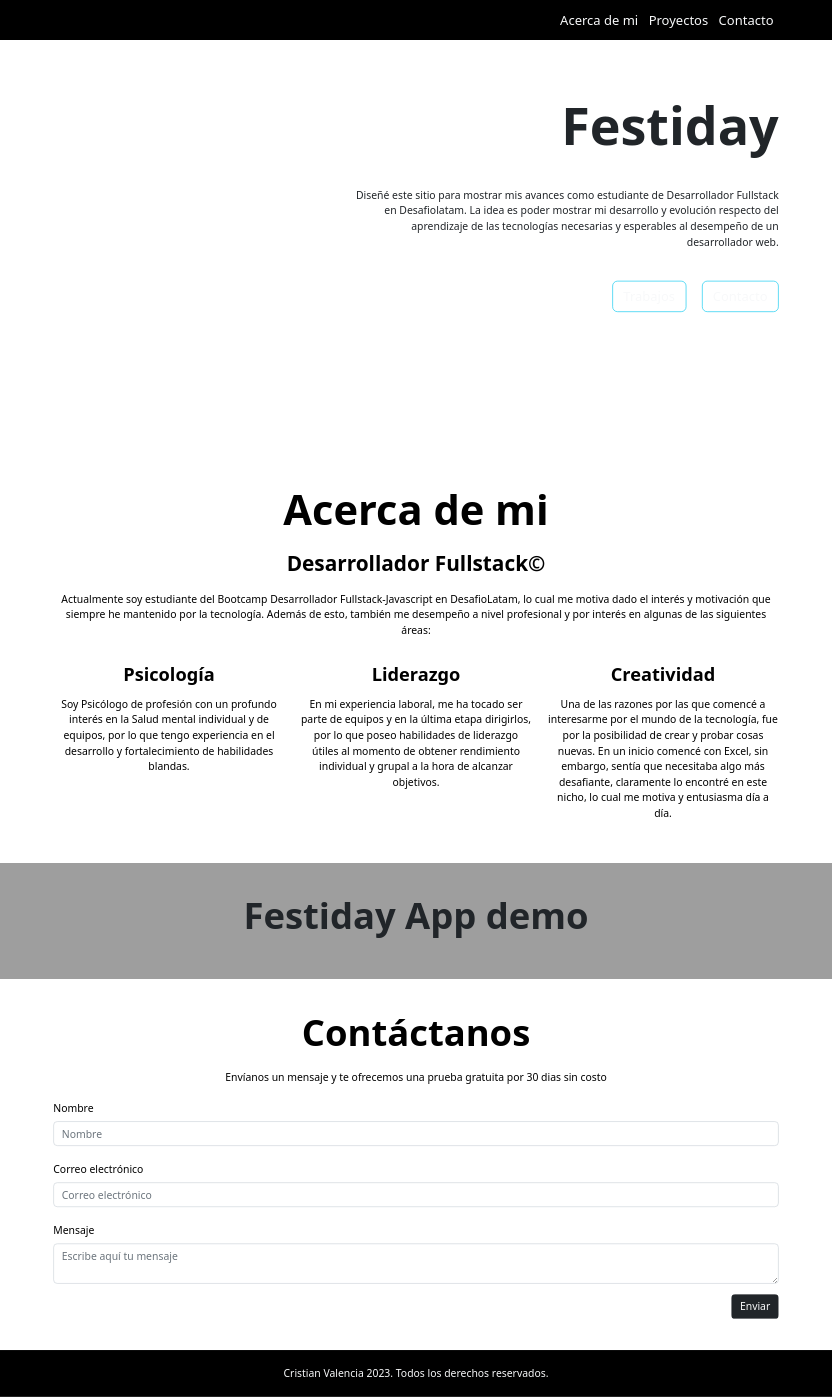
Repository: cvalenciapatagonia/Desafio-4-React-I
Page: /
An editor plug-in stored every save of this project. The page is shown before and after the next save, followed by the edit.
The browser window is 1280 px wide. The pictures show the whole page, at 65% of full size.
Pictures or frames that could not be fetched are drawn as grey boxes. The project was rebuilt for these pictures with package versions that can differ from the ones it lists, and the page was loaded fresh each time. Also part of the build but not shown: vite.config.js, src/App.css.

Above is the page before, as saved 2023-09-07 17:54:16.

### index.html
<!doctype html>
<html lang="en">
  <head>
    <meta charset="UTF-8" />
    <link rel="icon" type="image/svg+xml" href="/vite.svg" />
    <meta name="viewport" content="width=device-width, initial-scale=1.0" />
    <title>Desafio 4 React I</title>
  </head>
  <body>
    <div id="root">


    </div>
    <script type="module" src="/src/main.jsx"></script>
  </body>
</html>

### src/main.jsx

import React from 'react'
import ReactDOM from 'react-dom/client'
import App from './App.jsx'

import './index.css'


ReactDOM.createRoot(document.getElementById('root')).render(
  <React.StrictMode>
    <App />
  </React.StrictMode>,
)

### src/App.jsx
import React, { useState } from "react";
import "./App.css";
import "bootstrap/dist/css/bootstrap.min.css";
// import MiApi from './components/MiApi';
// import Buscador from './components/Buscador';

function App() {
  const [sortOption, setSortOption] = useState("asc"); // Estado para almacenar la opción de ordenamiento

  return (
    <div className="App">
      <header>
        {/* BARRA DE NAVEGACION */}
        <nav className="navbar navbar-expand-lg navbar-dark fixed-top navbar-custom">
          <div className="container">
            {/* <img src="assets/img/logo.png" className="img-fluid img-logo" /> */}
            <button
              className="navbar-toggler"
              type="button"
              data-bs-toggle="collapse"
              data-bs-target="#navbarTogglerDemo01"
              aria-controls="navbarTogglerDemo01"
              aria-expanded="false"
              aria-label="Toggle navigation"
            >
              <span className="navbar-toggler-icon"></span>
            </button>
            <div className="collapse navbar-collapse" id="navbarTogglerDemo01">
              <a className="navbar-brand" href="#"></a>
              <ul className="navbar-nav ms-auto mb-2 mb-lg-0 fs-5">
                <li className="nav-item">
                  <a
                    className="nav-link active text-light"
                    aria-current="page"
                    href="#Acerca-de-mi"
                  >
                    Acerca de mi
                  </a>
                </li>
                <li className="nav-item">
                  <a
                    className="nav-link active text-light"
                    href="#Mis-proyectos"
                  >
                    Proyectos
                  </a>
                </li>
                <li className="nav-item">
                  <a className="nav-link active text-light" href="#Contacto">
                    Contacto
                  </a>
                </li>
              </ul>
            </div>
          </div>
        </nav>
        {/* Fin de la barra de navegación */}
      </header>

      <section id="Hero-Section" className="text-dark text-end py-5 mt-5">
        <div className="container">
          <div className="ms-auto col-12 col-md-7">
            <h1 className="display-1 fw-bold my-5">
Festiday              {/* El signo agregado significa "cursando" */}
            </h1>
            <p className="my-5">
              Diseñé este sitio para mostrar mis avances como estudiante de
              Desarrollador Fullstack en Desafiolatam. La idea es poder mostrar
              mi desarrollo y evolución respecto del aprendizaje de las
              tecnologías necesarias y esperables al desempeño de un
              desarrollador web.
            </p>
            <div className="mb-5 pb-5">
              <a
                className="btn btn-lg btn-outline-info text-light me-4"
                href="#Mis-proyectos"
              >
                Trabajos
              </a>
              <a
                className="btn btn-lg btn-outline-info text-light"
                href="#Contacto"
              >
                Contacto
              </a>
            </div>
          </div>
        </div>
      </section>

      {/* ACERCA DE MI */}
      <section id="Acerca-de-mi" className="container text-center my-5">
        <h2 className="display-3 fw-bold my-4">Acerca de mi</h2>
        <i className="fas fa-solid fa-laptop-code fa-2x my-3"></i>
        <h3 className="subtitulo2 my-3 fw-bold">Desarrollador Fullstack©</h3>
        <i className="fas fa-solid fa-code fa-2x my-3"></i>

        <p className="my-4">
          Actualmente soy estudiante del Bootcamp Desarrollador
          Fullstack-Javascript en DesafioLatam, lo cual me motiva dado el
          interés y motivación que siempre he mantenido por la tecnología.
          Además de esto, también me desempeño a nivel profesional y por interés
          en algunas de las siguientes áreas:
        </p>

        <div className="row">
          <div className="col-12 col-md-4">
            <i className="fas fa-solid fa-brain fa-3x my-3"></i>
            <h3 className="my-3 fw-bold">Psicología</h3>
            <p className="my-3">
              Soy Psicólogo de profesión con un profundo interés en la Salud
              mental individual y de equipos, por lo que tengo experiencia en el
              desarrollo y fortalecimiento de habilidades blandas.
            </p>
          </div>
          <div className="col-12 col-md-4">
            <i className="fas fa-bullhorn fa-3x my-3"></i>
            <h3 className="my-3 fw-bold">Liderazgo</h3>
            <p className="my-3">
              En mi experiencia laboral, me ha tocado ser parte de equipos y en
              la última etapa dirigirlos, por lo que poseo habilidades de
              liderazgo útiles al momento de obtener rendimiento individual y
              grupal a la hora de alcanzar objetivos.
            </p>
          </div>
          <div className="col-12 col-md-4">
            <i className="fas fa-regular fa-lightbulb fa-3x my-3"></i>
            <h3 className="my-3 fw-bold">Creatividad</h3>
            <p className="my-3">
              Una de las razones por las que comencé a interesarme por el mundo
              de la tecnología, fue por la posibilidad de crear y probar cosas
              nuevas. En un inicio comencé con Excel, sin embargo, sentía que
              necesitaba algo más desafiante, claramente lo encontré en este
              nicho, lo cual me motiva y entusiasma día a día.
            </p>
          </div>
        </div>
      </section>
      {/* Fin de ACERCA DE MI */}

      {/* MIS PROYECTOS */}
      <section id="Mis-proyectos" className="my-5 p-5">
        <div className="container">
          <h2 className="display-4 fw-bold text-center text-dark mb-3">
            Festiday App demo
          </h2>

          <div className="row">

          </div>
        </div>
      </section>
      {/* Fin de MIS PROYECTOS */}

      {/* CONTACTAME */}
      <section id="Contacto" className="container my-5">
        <h2 className="display-4 fw-bold text-center my-4">Contáctanos</h2>

        <p className="text-center my-4 d-none d-md-block">
          Envíanos un mensaje y te ofrecemos una prueba gratuita por 30 dias sin costo
        </p>

        <form>
          <div className="form-group mb-4">
            <label className="mb-2">Nombre</label>
            <input className="form-control" placeholder="Nombre" />
          </div>

          <div className="form-group mb-4">
            <label className="mb-2">Correo electrónico</label>
            <input className="form-control" placeholder="Correo electrónico" />
          </div>

          <div className="form-group">
            <label className="mb-2">Mensaje</label>
            <textarea
              className="form-control"
              placeholder="Escribe aquí tu mensaje"
            ></textarea>
          </div>

          <div className="my-3 text-end">
            <button className="btn bg-dark text-light">Enviar</button>
          </div>
        </form>
      </section>
      {/* Fin de CONTACTAME */}

      {/* FOOTER */}
      <footer className="text-center text-light p-4">
        <p className="mb-0">
          Cristian Valencia 2023. Todos los derechos reservados.
        </p>
      </footer>
      {/* Fin de FOOTER */}
    </div>
  );
}

export default App;

{
  /* <h1>Feriados en Chile</h1> */
}
{
  /* Pasa el estado y la función de cambio de ordenamiento al componente Buscador */
}
{
  /* <Buscador onSortChange={setSortOption} />
<MiApi apiURL="https://api.victorsanmartin.com/feriados/en.json" sortOption={sortOption} /> */
}

### src/index.css
/* :root {
  font-family: Inter, system-ui, Avenir, Helvetica, Arial, sans-serif;
  line-height: 1.5;
  font-weight: 400;

  color-scheme: light dark;
  color: rgba(255, 255, 255, 0.87);
  background-color: #242424;

  font-synthesis: none;
  text-rendering: optimizeLegibility;
  -webkit-font-smoothing: antialiased;
  -moz-osx-font-smoothing: grayscale;
  -webkit-text-size-adjust: 100%;
}

a {
  font-weight: 500;
  color: #646cff;
  text-decoration: inherit;
}
a:hover {
  color: #535bf2;
}

body {
  margin: 0;
  display: flex;
  place-items: center;
  justify-content: center;
  min-width: 320px;
  min-height: 100vh;
}

h1 {
  font-size: 3.2em;
  line-height: 1.1;
}

table {
  width: 100%;
  border-collapse: collapse;
}

table th, table td {
  text-align: start;
  padding: 8px;
  border: 1px solid #ddd;
}


table th {
  background-color: rgb(198, 43, 43);
  font-weight: bold;
}
 */

 .navbar-custom {
  background-color: rgb(0, 0, 0);
}

.img-logo {
  height: 250px;
  width: 350px;
}

@media (max-width: 576px) {
  .img-logo {
    height: 150px;
    width: 250px;
  }
}

#Hero-Section {
  background-repeat: no-repeat;
  background-size: cover;
  background-position: left;
  height: 650px;
}

/* #Mis-proyectos .image-top {
  height: 250px;
  background-repeat: no-repeat;
  background-size: cover;
  background-position: center;
} */

#Mis-proyectos {
  background-image: url("../img/fondo\ \(7\).jpg");
  background-repeat: no-repeat;
  background-size: cover;
  background-position: left;
}

#Acerca-de-mi {
  color: black;
}

#Contacto {
  color: black;
}

footer {
  background-color: black;
}

.button-custom {
  background-color: black;
}

.subtitulo2 {
  display: inline;
  font-size: 2em;
}

@media only screen and (max-width: 576px) {
  .subtitulo2 {
    font-size: 1.2rem;
    line-height: 1.2;
  }
}

After the next save:
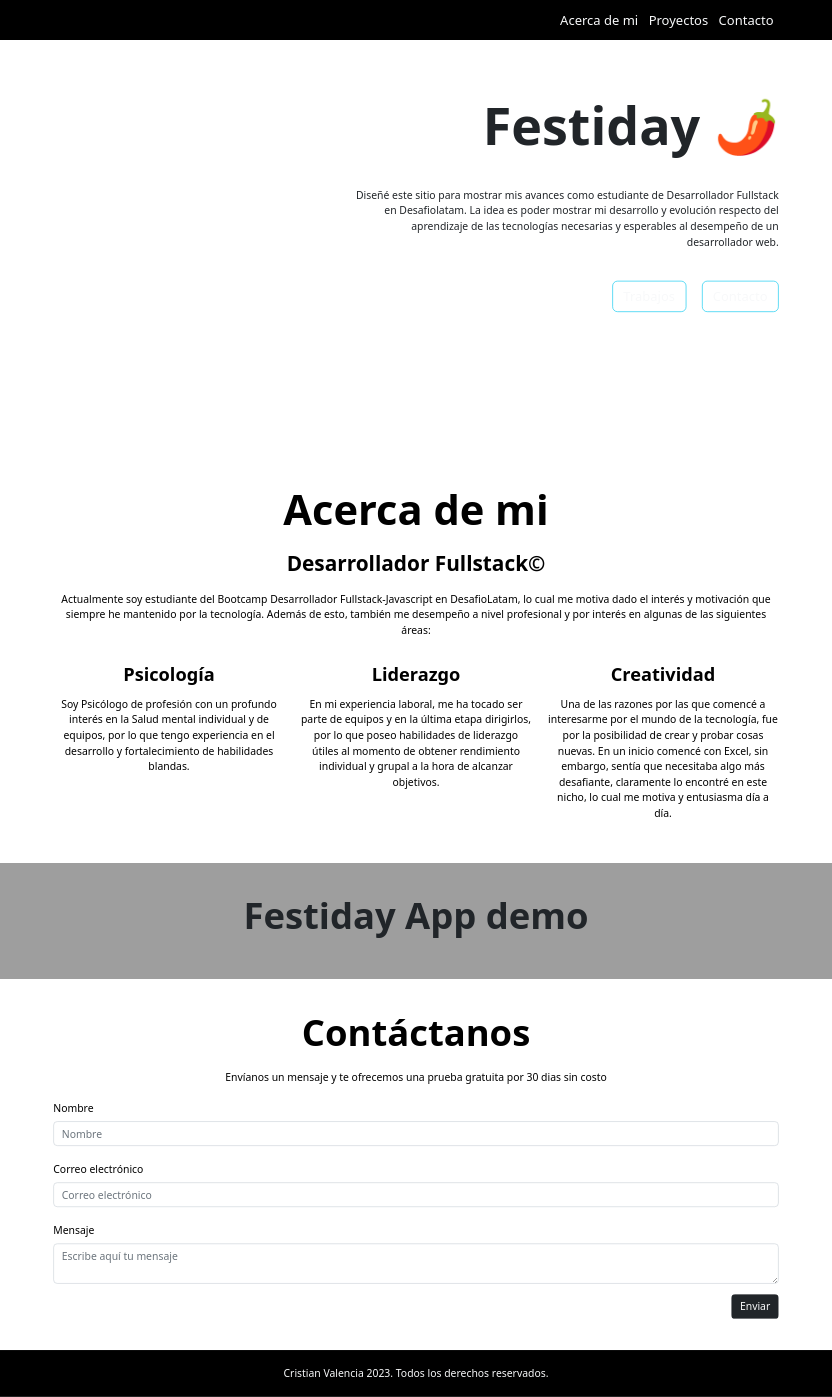
Saved 33 s later.
--- a/src/App.jsx
+++ b/src/App.jsx
@@ -61,7 +61,7 @@
         <div className="container">
           <div className="ms-auto col-12 col-md-7">
             <h1 className="display-1 fw-bold my-5">
-Festiday              {/* El signo agregado significa "cursando" */}
+Festiday 🌶️             {/* El signo agregado significa "cursando" */}
             </h1>
             <p className="my-5">
               Diseñé este sitio para mostrar mis avances como estudiante de
